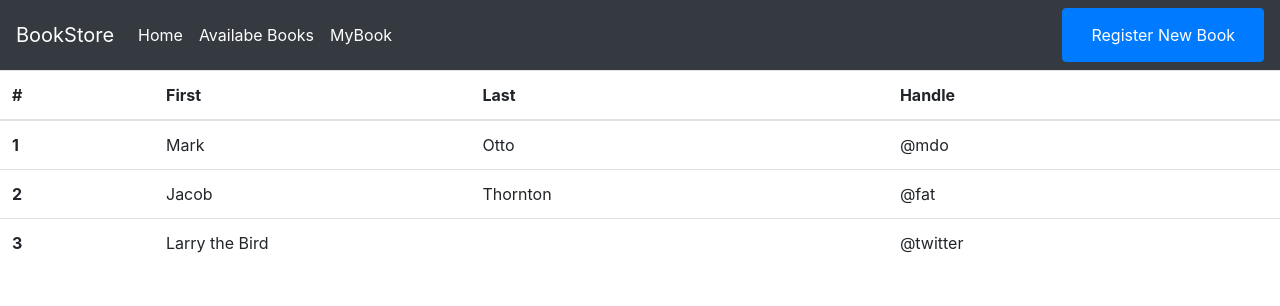
Repository: Sumanta-Sahoo/BookStoreApp
Page: bookstore/src/main/resources/static/availabeBooks.html
An editor plug-in stored every save of this project. The page is shown before and after the next save, followed by the edit.
The browser window is 1280 px wide. The pictures show the whole page.

Above is the page before, as saved 2024-03-15 12:25:43.

After the next save:
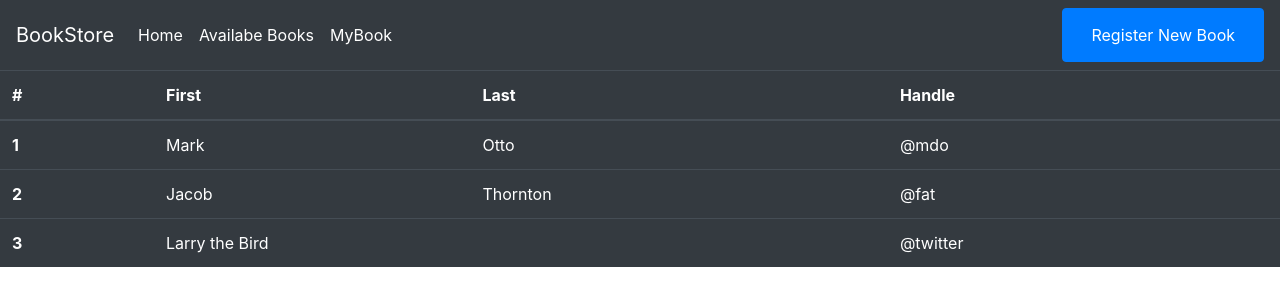
Saved 79 s later.
--- a/bookstore/src/main/resources/static/availabeBooks.html
+++ b/bookstore/src/main/resources/static/availabeBooks.html
@@ -43,7 +43,7 @@
 
 
 	<div>
-		<table class="table">
+		<table class="table table-dark table-hover">
 			<thead>
 				<tr>
 					<th scope="col">#</th>

After the save that followed:
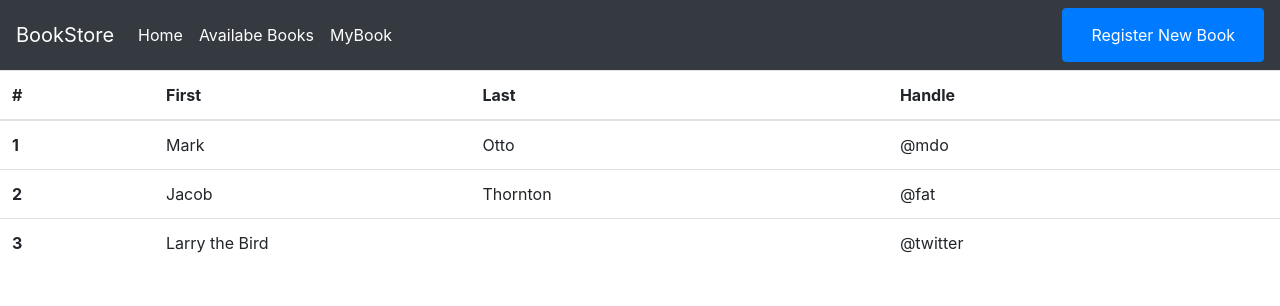
Saved 77 s later.
--- a/bookstore/src/main/resources/static/availabeBooks.html
+++ b/bookstore/src/main/resources/static/availabeBooks.html
@@ -43,7 +43,7 @@
 
 
 	<div>
-		<table class="table table-dark table-hover">
+		<table class="table table-white table-hover">
 			<thead>
 				<tr>
 					<th scope="col">#</th>
